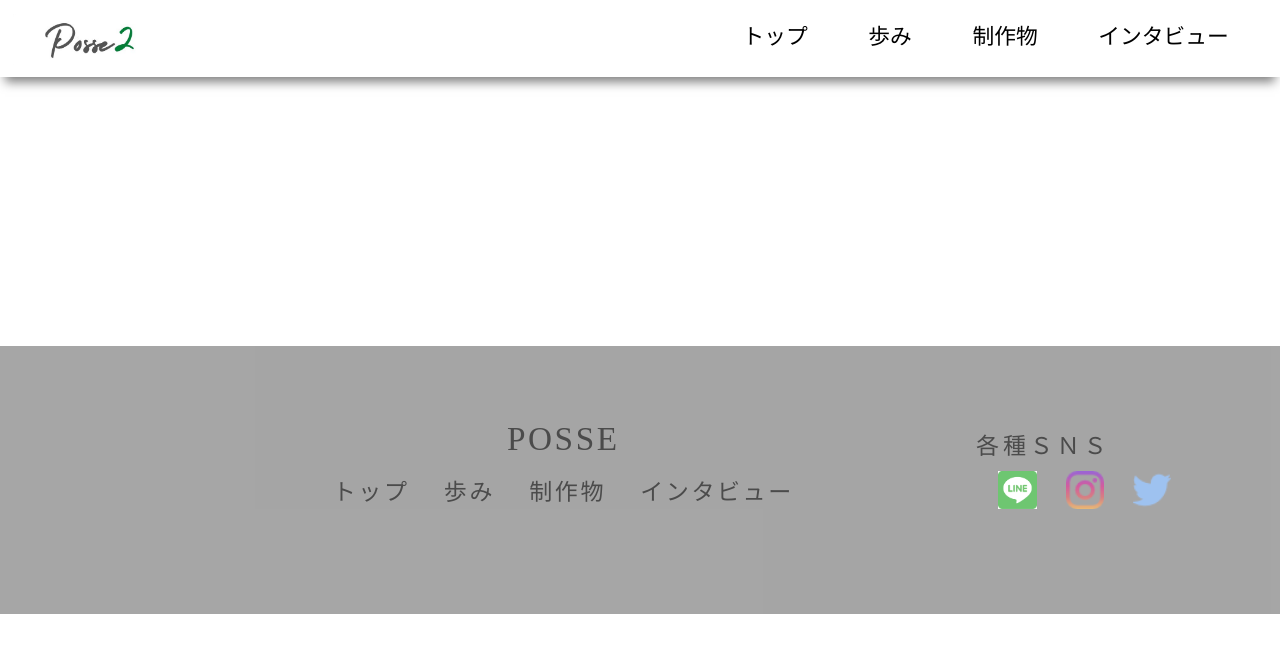
Repository: posse-ap/posse2-hackathon-202202-team2A
Page: topPage/index.html
An editor plug-in stored every save of this project. The page is shown before and after the next save, followed by the edit.
The browser window is 1280 px wide. The pictures show the whole page.

Above is the page before, as saved 2022-02-15 02:47:14.

### topPage/index.html
<!DOCTYPE html>
<html lang="en">

<head>
    <meta charset="UTF-8" />
    <meta http-equiv="X-UA-Compatible" content="IE=edge" />
    <meta name="viewport" content="width=device-width, initial-scale=1.0" />
    <title>Document</title>
    <link rel="stylesheet" href="/reset.css" />
    <link rel="stylesheet" href="/topPage/style.css" />
</head>

<body>
    <!-- <header id="header" class="header">
        <div class="header_content">
            <div class="header_title">
                <img src="/topPage images/S__31211608.jpg" alt="" class="header_title_img">
            </div>
            <div class="header_links">
                <ul>
                    <li><a href="">トップページ</a></li>
                    <li><a href="">活動記録</a></li>
                    <li><a href="">日常の記録</a></li>
                    <li><a href="">保護者の方へ</a></li>
                </ul>
            </div>
        </div>
    </header> -->

    <header id="header" class="header">
        <div class="header_content">
            <div class="header_title">
                <img src="/topPage images/S__31211608.jpg" alt="" class="header_title_img">
            </div>
            <!-- ①サイトタイトル -->
            <div class="nav-wrapper header_links">
                <!-- ②ナビゲーションメニュー -->
                <nav class="header-nav">
                    <ul class="nav-list">
                        <li class="nav-item">
                            <a href="">トップ</a>
                        </li>
                        <li class="nav-item">
                            <a href="">歩み</a>
                        </li>
                        <li class="nav-item">
                            <a href="">制作物</a>
                        </li>
                        <li class="nav-item">
                            <a href="">インタビュー</a>
                        </li>
                    </ul>
                </nav>
            </div>
            <button class="burger-btn">
                <!-- ③ハンバーガーボタン -->
                <span class="bar bar_top"></span>
                <span class="bar bar_mid"></span>
                <span class="bar bar_bottom"></span>
            </button>
        </div>
    </header>



    <footer class="footer">
        <div class='footer_box'>
            <div class="footer_box1">
                <div class='footer_official_box'>
                    <label for="logo"><p>POSSE</p></label>
                    <!-- <a id='logo'  href="https://posse.anti-pattern.co.jp/"><img class='posse_logo_footer' src="img\posseLogo.png" alt="ポッセロゴ"></a> -->
                </div>
                <div class='footer_other_box'>
                    <div class='footer_page_in_site'>
                        <a href="">トップ</a>
                        <a href="">歩み</a>
                        <a href="">制作物</a>
                        <a href="">インタビュー</a>
                    </div>
                </div>
            </div>
            <div class='SNS'>
                <p>各種ＳＮＳ</p>
                <div class='SNS_box'>
                    <a href=""><img src="/topPage images/LINE.png" alt=""></a>
                    <a href="https://instagram.com/posse_programming?utm_medium=copy_link"><img src="/topPage images/instagram2.png" alt="instagram"></a>
                    <a href="https://twitter.com/posse_program?s=20"><img src="/topPage images/twitter2.png" alt="twitter"></a>
                </div>
            </div>
        </div>
    </footer>

    <script src="https://ajax.googleapis.com/ajax/libs/jquery/3.6.0/jquery.min.js"></script>
    <script src="/topPage/script.js"></script>
</body>

</html>

### topPage/style.css
html {
    font-size: 1vw;
}

body {
    text-align: center;
    margin: 0 auto;
    font-family: "ヒラギノ丸ゴ Pro W4", "ヒラギノ丸ゴ Pro", "Hiragino Maru Gothic Pro", "ヒラギノ角ゴ Pro W3", "Hiragino Kaku Gothic Pro", "HG丸ｺﾞｼｯｸM-PRO", "HGMaruGothicMPRO";
}

.header_content {
    width: 95%;
    height: 90%;
    display: flex;
    justify-content: space-between;
    opacity: 1;
    margin: 0 6rem 0.3rem 1rem;
}

.header_title {
    display: flex;
}

.header_title_img {
    display: block;
    width: 12rem;
    height: 4rem;
    opacity: 1;
}



.header_links {
    width: 40%;
    padding: 1rem 0 0 0;
}

.header_links ul {
    display: flex;
    justify-content: space-between;
}

.header_links li a {
    display: block;
    color: black;
    text-decoration: none;
    font-size: 1.7rem;
}

.header_links li a:hover {
    opacity: 0.4;
    transform: translate(0, -5px);
}


.header {
    width: 100%;
    height: 6rem;
    background: white;
    position: fixed;
    top: 0;
    left: 0;
    padding-top: 1.1rem;
    box-sizing: border-box;
    z-index: 5;
    box-shadow: 0px 10px 10px -5px rgba(0, 0, 0, 0.5);
}

.SNS_box{
    width: 150%;
}


/* -------------------- */
/* header
  /* -------------------- */
/* .header {
    align-items: center;
    background-color: #1b1310;
    border-bottom: 1px solid #fff;
    color: #fff;
    display: flex;
    height: 74px;
    justify-content: space-between;
    padding: 0 120px;
} */

/* .nav-list {

    display: flex;
} */

/* .nav-item {

    margin-right: 55px;
} */

.burger-btn {
    display: none;
}

/* ------------------ */
/* fv
  /* ------------------ */
.fv {
    align-items: center;
    background-color: #141414;
    background-image: url(../img/fv-bgi@2x.jpg);
    background-position: center;
    background-size: cover;
    display: flex;
    flex-direction: column;
    height: 90vh;
    justify-content: center;
}

/* .main-copy {
    border: 2px solid #fff;
    color: #fff;
    font-size: 50px;
    font-weight: bold;
    padding: 34px 42px;
} */

/* ------------------ */
/* about
  /* ------------------ */
.section-title {
    font-size: 36px;
    font-weight: bold;
    letter-spacing: .05em;
    margin-bottom: 70px;
    text-align: center;
}

h3 {
    font-size: 2.4rem;
    font-weight: bold;
    letter-spacing: .1em;
    line-height: 2;
    margin-bottom: 40px;
}

.section-wrapper {
    padding: 100px 10% 50px;
}

@media screen and (min-width:541px) and (max-width:1024px) {
    .header{
        height: 10rem;
    }

    .header_content{
        padding-top: 2rem;
    }

    .header_title_img{
        width: 100%;
        height: 70%;
    }

    .header_links li a{
        font-size: 2.7rem;
        margin-top: 0;
    }

    .header_links{
        width: 50%;
    }
}

@media screen and (max-width:540px) {

    /* ----------------------- */
    /* base_sp
    /* ----------------------- */
    /* デフォルトのbuttonスタイルをリセット */
    button {
        -webkit-appearance: none;
        -moz-appearance: none;
        appearance: none;
        background: transparent;
        border: 0;
        border-radius: 0;
        color: inherit;
        cursor: pointer;
        font: inherit;
        margin: 0;
        outline: none;
        padding: 0;
        vertical-align: middle;
    }

    /* ------------------ */
    /* humberger-menu */
    /* ------------------ */
    .header {
        padding: 0;
        height: 15rem;
    }

    .header_title_img{
        margin-top: 2rem;
        width: 30rem;
        height: 10rem;
    }

    /* 以下、ハンバーガーボタン */
    .burger-btn {
        display: block;
        height: 22%;
        position: relative;
        width: 20%;
        z-index: 3;
        /* codepenの挙動のため */
        background-color: transparent;
        border: none;
        margin-top: 6rem;
    }



    .bar {
        background-color: black;
        display: block;
        height: 0.1rem;
        left: 50%;
        position: absolute;
        transform: translateX(-50%);
        width: 7rem;
    }

    .bar_top {
        top: 3rem;
    }

    .bar_mid {
        top: 50%;
        transform: translate(-50%, -50%);
    }

    .bar_bottom {
        bottom: 3rem;
    }

    .burger-btn.close{
        margin-top: 8.4rem;
    }

    .burger-btn.close .bar_top {
        transform: translate(-50%,-4.3rem) rotate(45deg);
        transition: transform .3s;
    }

    .burger-btn.close .bar_mid {
        opacity: 0;
        transition: opacity .3s;
    }

    .burger-btn.close .bar_bottom {
        transform: translate(-50%, -1rem) rotate(-45deg);
        transition: transform .3s;
    }

    /* スクロール制御 */
    .noscroll {
        overflow: hidden;
    }

    /* 以下、ハンバーガーメニュー */
    .nav-wrapper {
        visibility: hidden;
        height: 100vh;
        left: 0;
        position: fixed;
        top: 0;
        width: 100vw;
        opacity: 0;
        transition: opacity .5s;
        z-index: 2;
        /*キービジュアルと.btn_triggerとの重なりの前後関係を調整*/
    }

    .header-nav {
        background-color: white;
        height: 100%;
        width: 100%;
        z-index: 2;
    }

    .header_links ul{
        display: block;
    }

    .nav-list {
        display: block;
        left: 50%;
        position: absolute;
        text-align: center;
        top: 50%;
        transform: translate(-50%, -50%);
    }

    .nav-item {
        margin-bottom: 40px;
        margin-right: 0;
    }

    .header_links li a{
        font-size: 5rem;
    }

    /* メニューオープン時 */
    .nav-wrapper.fade {
        opacity: 1;
        visibility: visible;
    }

    /* ------------------ */
    /* fv */
    /* ------------------ */
    .main-copy {
        font-size: 30px;
    }

    /* ------------------ */
    /* about */
    /* ------------------ */
    h3 {
        font-size: 20px;
        margin-bottom: 30px;
    }

    .section-wrapper {
        padding: 100px 5% 50px;
    }
}

/* ふったー */
.footer {
    background-color: grey;
    opacity: 0.7;
}

.footer_box {
    width: 65%;
    height: 15rem;
    display: flex;
    justify-content: space-between;
    padding: 6rem 0 0 0;
    position: relative;
    right: -23%;
    margin-top: 27rem;
}

.footer_official_box label p {
    color: black;
    font-size: 2.6rem;
    letter-spacing: 0.2rem;
}

.footer_official_box label p:hover {
    opacity: 0.4;
    transform: translate(0, -5px);
}

.footer_page_in_site a {
    color: black;
    text-decoration: none;
    font-size: 1.8rem;
    letter-spacing: 0.2rem;
}

.footer_page_in_site a:hover {
    opacity: 0.4;
    transform: translate(0, -5px);
}

.SNS {
    width: 20%;
}

.SNS_box a {
    margin: 1rem;
    ma
}

.SNS_box a img {
    width: 3rem;
    height: 3rem;
}

.SNS_box a :hover {
    opacity: 0.4;
    transform: translate(0, -5px);
}

.SNS p {
    color: black;
    font-size: 1.8rem;
    margin: 1rem 0;
    letter-spacing: 0.3rem;
}

/* .SNS p:hover {
    opacity: 0.4;
    transform: translate(0, -5px);
} */

.posse_logo_footer {
    width: 80%;
    height: 40%;
}

.footer_other_box {
    font-size: 1.5rem;
    letter-spacing: 0.3rem;
    margin: 2rem;
}

.footer_page_in_site a {
    margin: 0 1rem;
}

@media screen and (min-width:541px) and (max-width:1024px) {
    .footer{
        height: 30rem;
    }

    .footer_official_box label p{
        font-size: 7rem;
    }

    .SNS p{
        display: block;
        margin: 3rem auto;
        font-size: 3rem;
        white-space: nowrap
    }

    .footer_page_in_site a{
        font-size: 3rem;
    }

    .footer_box{
        display: block;
        right: -13%;
    }

    .SNS{
        margin: 0 auto;
        width: 100%;
    }


    .footer_official_box label p{
        font-size: 4rem;
    }

    .SNS_box a img {
        width: 5rem;
        height: 5rem;
    }
}


@media screen and (max-width:540px) {
    .footer_box {
        display: block;
        height: 20rem;
        margin:  20rem 0;
        right: -5%;
        width: 90%;
    }

    .footer_official_box label p{
        font-size: 10rem;
    }

    .footer_page_in_site a{
        font-size: 5rem;
        display: block;
    }

    .footer_page_in_site{
        display: block;
        line-height: 7rem;
    }

    .footer{
        height: 70rem;
    }

    .SNS{
        margin: 0 auto;
        width: 100%;
    }

    .SNS p{
        display: block;
        width: 50rem;
        margin: 3rem auto;
        font-size: 7rem;
        white-space: nowrap
    }

    .SNS_box a img {
        width: 7rem;
        height: 7rem;
    }
}

### topPage/script.js
$('.burger-btn').on('click', function () {//.btn_triggerをクリックすると
    $('.burger-btn').toggleClass('close');//.btn_triggerにcloseクラスを付与(ボタンのアニメーション)
    $('.nav-wrapper').toggleClass('fade');//.nav-wrapperに
    $('body').toggleClass('noscroll');//bodyにnoscrollクラスを付与(スクロールを固定)
});

Loaded but not shown: reset.css (common file)

After the next save:
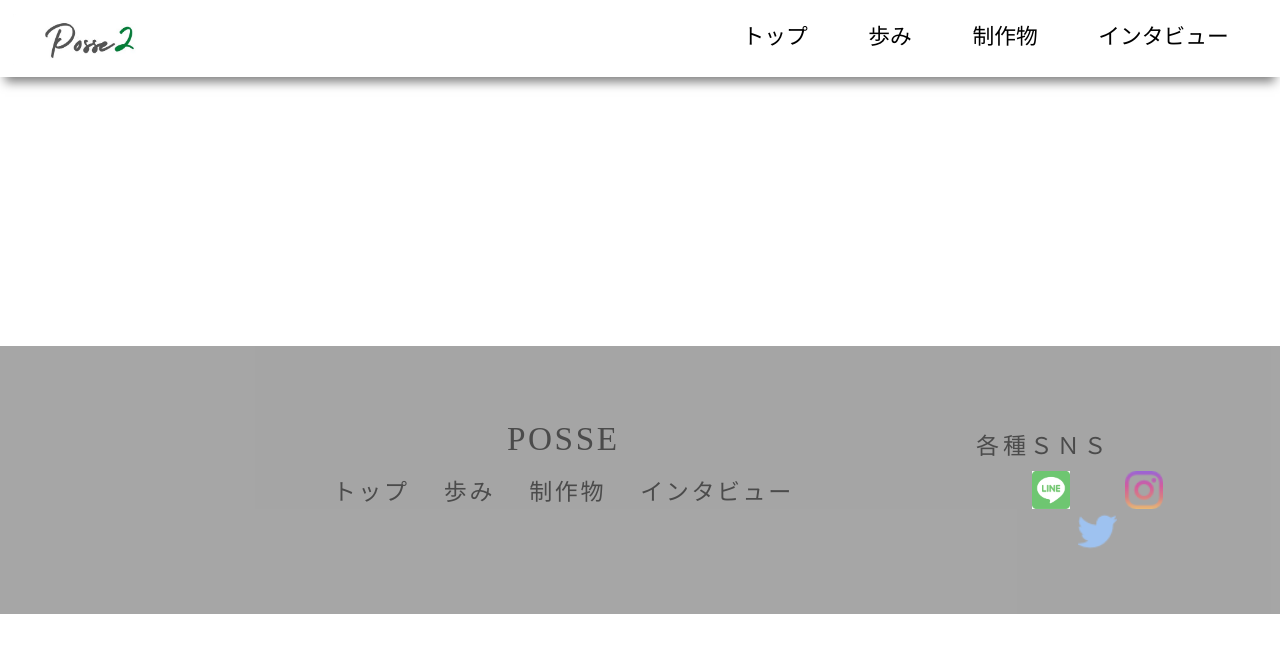
Saved 5 s later.
--- a/topPage/style.css
+++ b/topPage/style.css
@@ -382,7 +382,7 @@
 
 .SNS_box a {
     margin: 1rem;
-    ma
+    margin-left: 3rem;
 }
 
 .SNS_box a img {

After the save that followed:
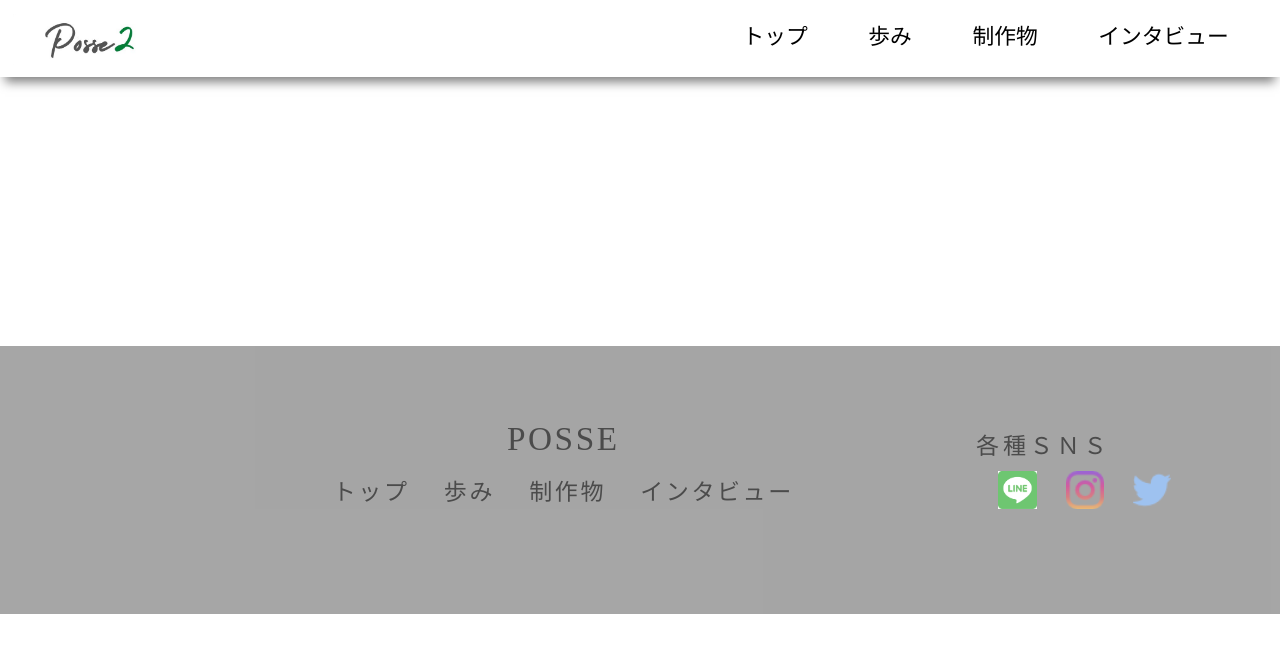
Saved 14 s later.
--- a/topPage/style.css
+++ b/topPage/style.css
@@ -382,7 +382,6 @@
 
 .SNS_box a {
     margin: 1rem;
-    margin-left: 3rem;
 }
 
 .SNS_box a img {
